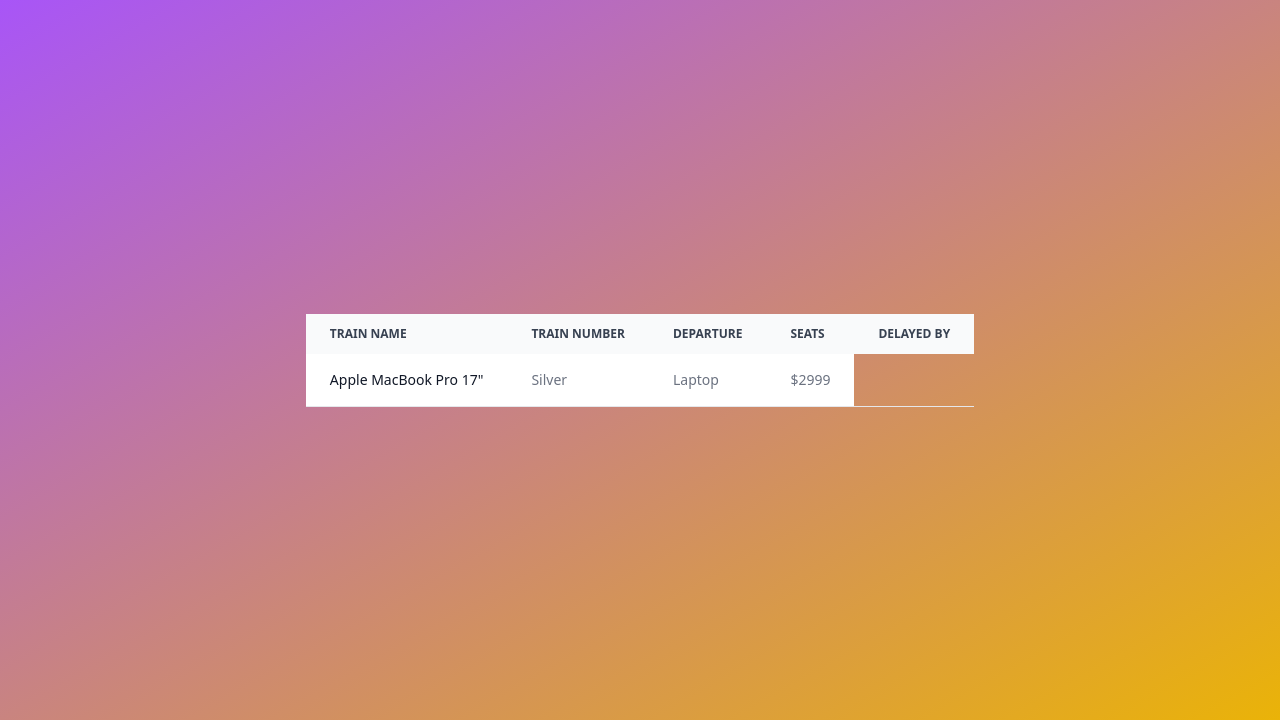
Repository: theanmol-raj/2010080029
Page: /
The author's editor kept a copy of each file at every save. The page is drawn from the files as they stood at one save, then again after the next save.
The browser window is 1280 px wide. The pictures show the whole page.
The project was rebuilt for these pictures with package versions that can differ from the ones it lists, and the page was loaded fresh each time.

Above is the page before, as saved 2023-04-29 20:43:27.

After the next save:
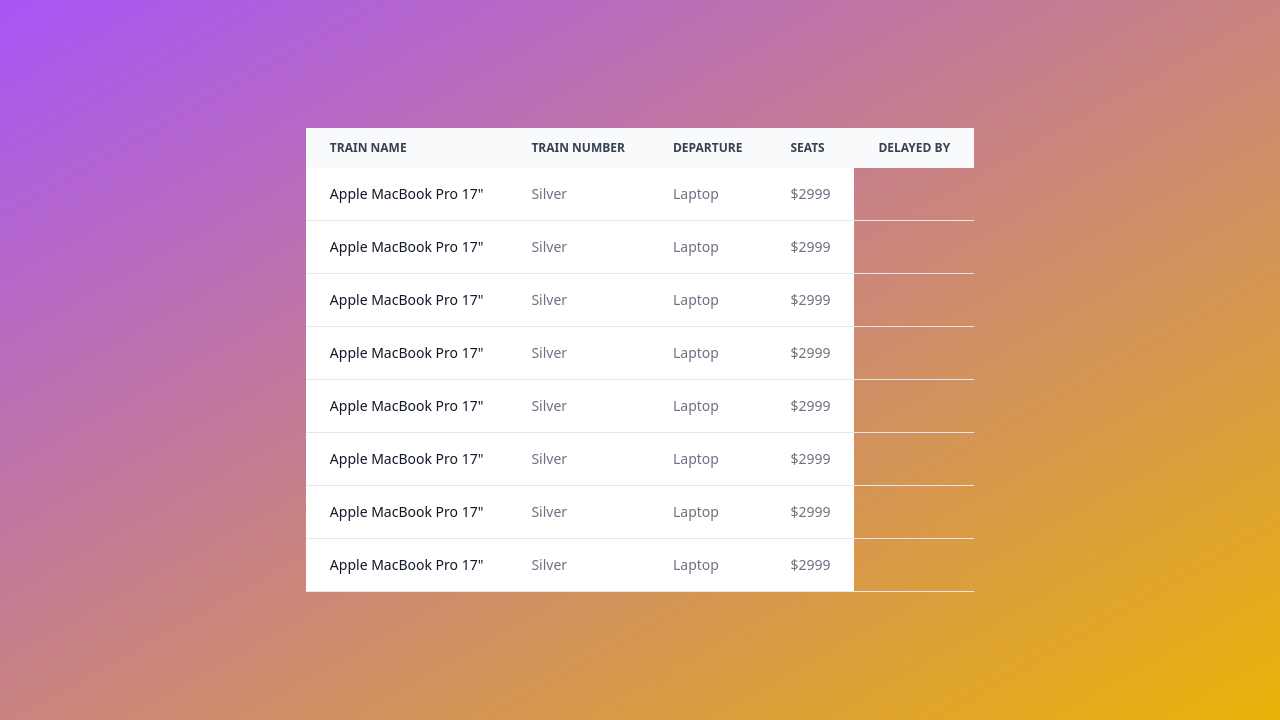
Saved 40 s later.
--- a/src/components/TrainINfo.jsx
+++ b/src/components/TrainINfo.jsx
@@ -27,7 +27,7 @@
               </tr>
             </thead>
             <tbody>
-              <tr class="bg-white border-b dark:bg-gray-800 dark:border-gray-700">
+            {data.map((item ,index) =>  <tr class="bg-white border-b dark:bg-gray-800 dark:border-gray-700" key={index}>
                 <th
                   scope="row"
                   class="px-6 py-4 font-medium text-gray-900 whitespace-nowrap dark:text-white"
@@ -37,7 +37,8 @@
                 <td class="px-6 py-4">Silver</td>
                 <td class="px-6 py-4">Laptop</td>
                 <td class="px-6 py-4">$2999</td>
-              </tr>
+              </tr> )}
+
 
 
             </tbody>
